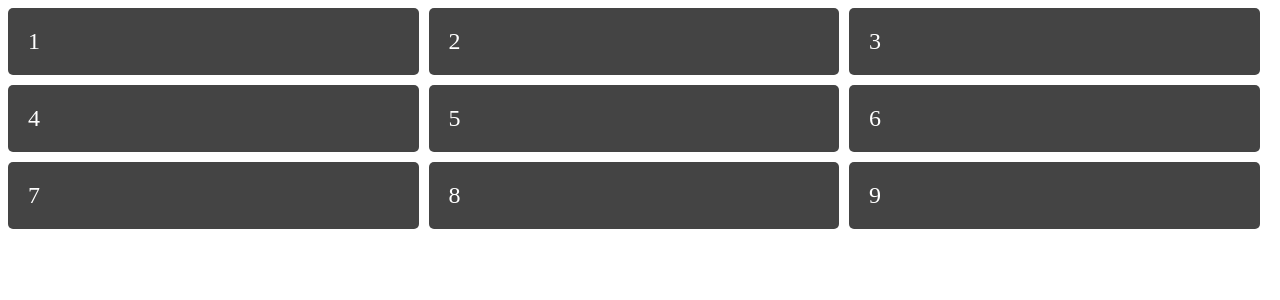
Repository: robinrob/css
Page: practice/css_grid_pretty.html
The author's editor kept a copy of each file at every save. The page is drawn from the files as they stood at one save, then again after the next save.
The browser window is 1280 px wide. The pictures show the whole page.

Above is the page before, as saved 2018-08-18 16:47:27.

After the next save:
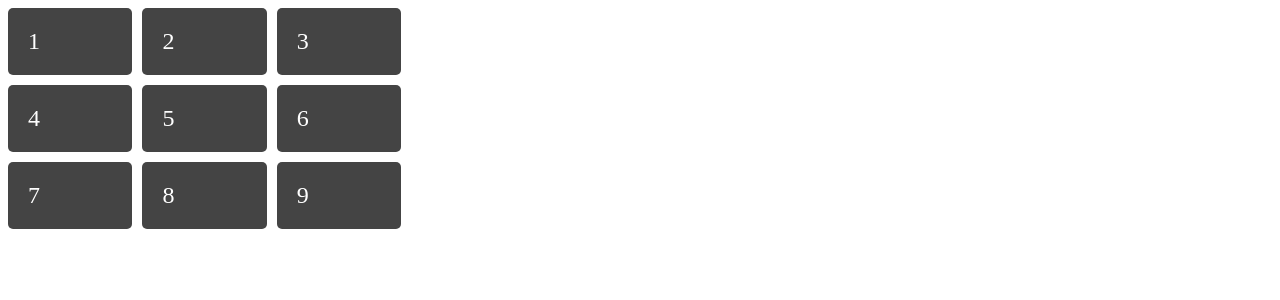
Saved 33 s later.
--- a/practice/css_grid_pretty.html
+++ b/practice/css_grid_pretty.html
@@ -8,7 +8,7 @@
   <style type='text/css'>
     .grid-container {
       display: grid;
-      grid-template-columns: repeat(3, 0.33fr);
+      grid-template-columns: repeat(3, 0.1fr);
       grid-gap: 10px;
       background-color: #fff;
       color: #444;

After the save that followed:
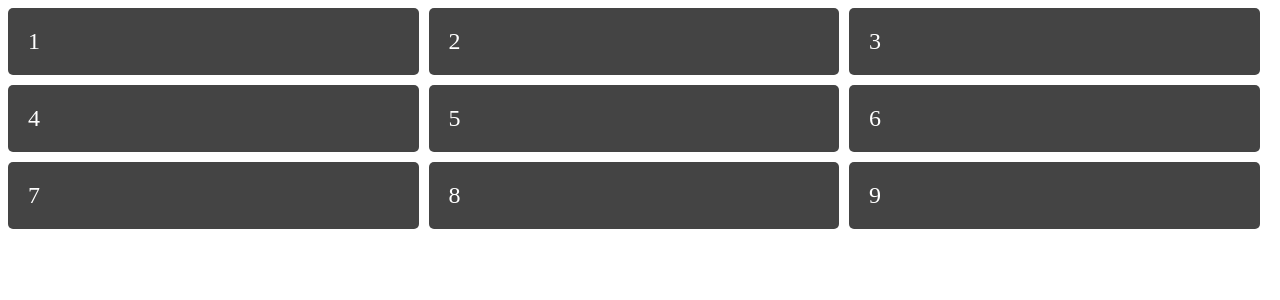
Saved 9 s later.
--- a/practice/css_grid_pretty.html
+++ b/practice/css_grid_pretty.html
@@ -8,7 +8,7 @@
   <style type='text/css'>
     .grid-container {
       display: grid;
-      grid-template-columns: repeat(3, 0.1fr);
+      grid-template-columns: repeat(3, 0.33fr);
       grid-gap: 10px;
       background-color: #fff;
       color: #444;
